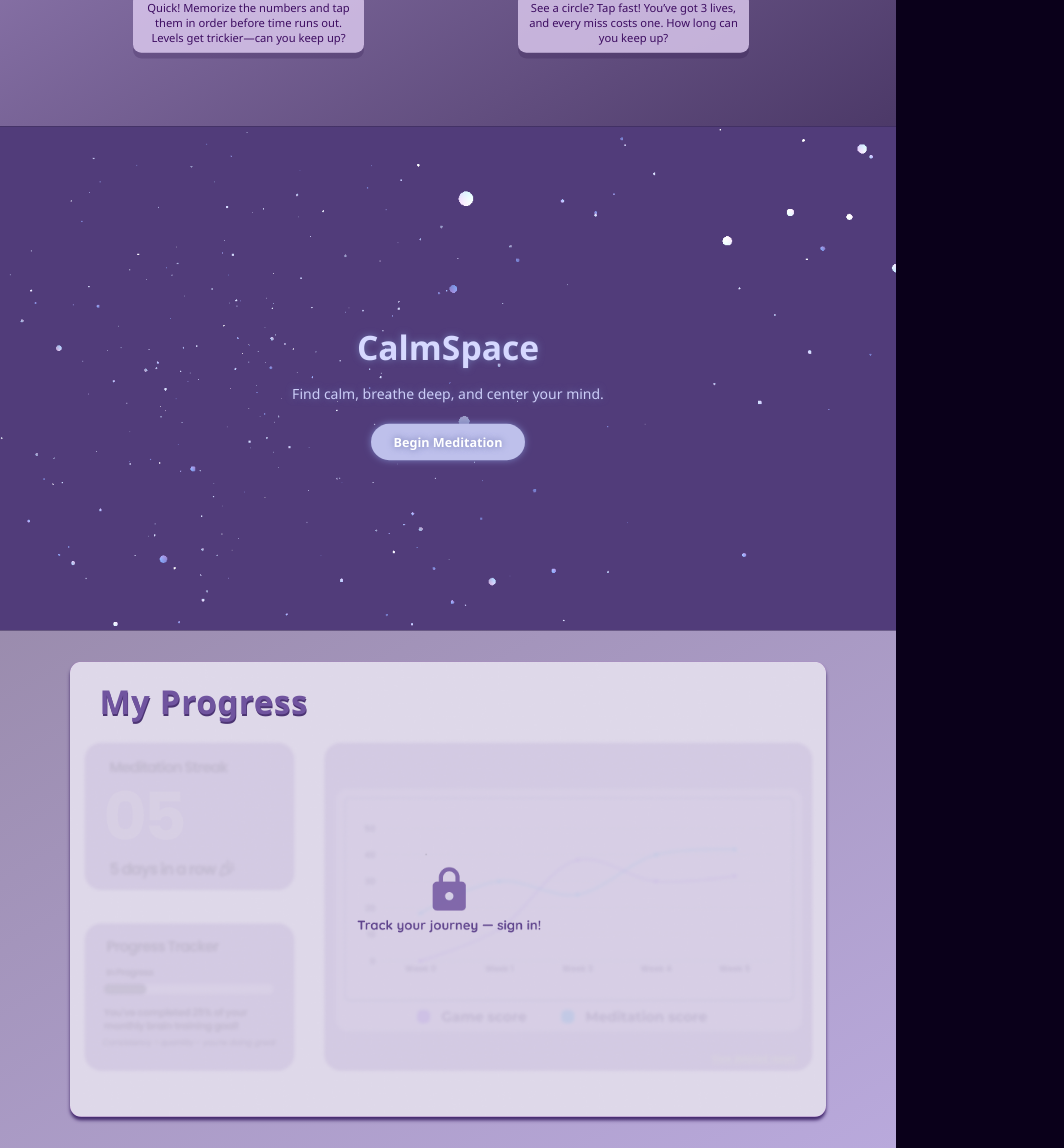
Repository: rujularaut/CogniCare
Page: /
An editor plug-in stored every save of this project. The page is shown before and after the next save, followed by the edit.
The browser window is 1280 px wide. The page is 1520 px wide, so the pictures cover 1520 px, including what lies to the right of the window. The pictures show the part of the page from y = 1369 to 3009 px (the page is 3009 px tall), at 70% of full size.
The project was rebuilt for these pictures with package versions that can differ from the ones it lists, and the page was loaded fresh each time. Also part of the build but not shown: src/components/RecallGame.js, src/components/ReactionGame.js, src/components/MeditationRoom.css, src/components/Signup.css, src/components/Signup.js, src/components/Login.css, src/components/Login.js, src/components/Stepper.css and 5 more.

Above is the page before, as saved 2025-06-28 21:51:53.

After the next save:
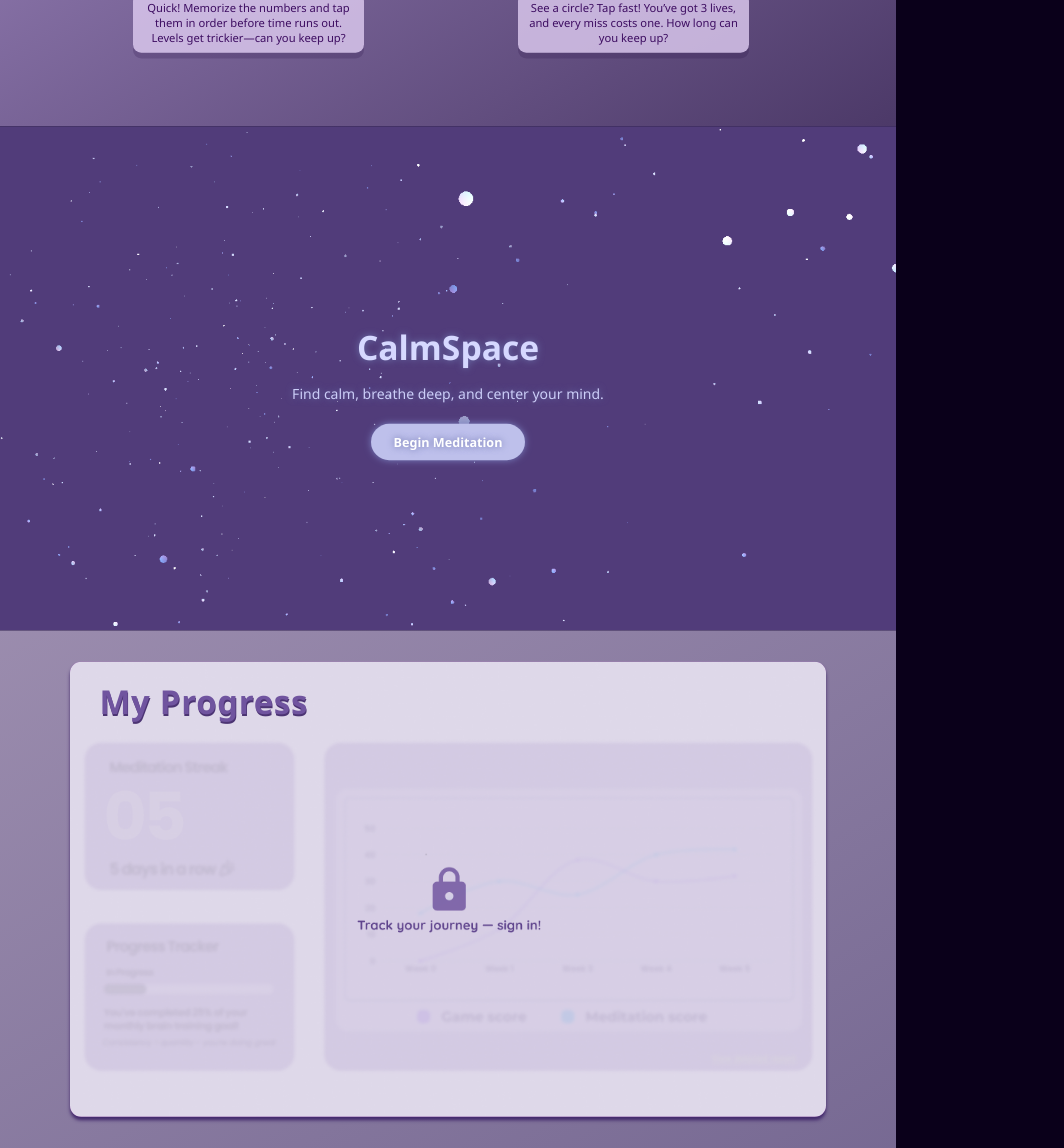
Saved 9 s later.
--- a/src/components/Progress.css
+++ b/src/components/Progress.css
@@ -1,7 +1,7 @@
 .progress-section {
   min-height: auto; /* Optional: remove full-height */
   padding: 5px 40px;
-  background: linear-gradient(to bottom right, #c6b6dac4, #b9a9dc);
+  background: linear-gradient(to bottom right, #c6b6dac4, #b9a9dc9f);
   color: #3f1262;
   text-align: center;
   display: flex;
